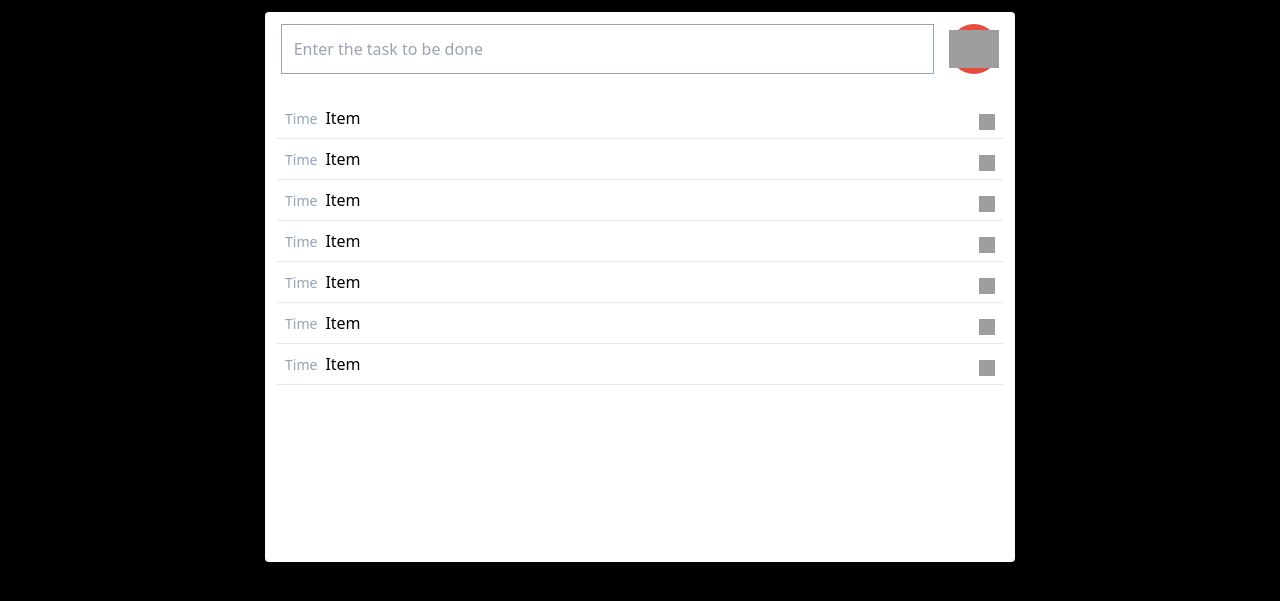
Repository: duttasayan835/todo-app-with-React-and-tailwind-CSS
Page: /
The author's editor kept a copy of each file at every save. The page is drawn from the files as they stood at one save, then again after the next save.
The browser window is 1280 px wide. The pictures show the whole page.
Pictures or frames that could not be fetched are drawn as grey boxes. The project was rebuilt for these pictures with package versions that can differ from the ones it lists, and the page was loaded fresh each time.

Above is the page before, as saved 2024-06-12 13:12:15.

### src/App.js
import Box from "./Components/Box";
import Input from "./Components/Input";

function App() {
  return (
    <div className="h-screen p-3 bg-black ">
      <div className="max-w-[750px] min-h-[550px] shadow-2xl bg-white mx-auto rounded">
        <Input />
        <Box />
      </div>
    </div>
  );
}
export default App;

### src/Components/Box.jsx
import React from "react";
import Item from "./Item";

export default function Box() {
  return (
    <div className="p-3">
      <Item />
      <Item />
      <Item />
      <Item />
      <Item />
      <Item />
      <Item />
    </div>
  );
}

### src/Components/Input.jsx
import React from "react";

export default function Input() {
  return (
    <div className="flex justify-around gap-2 p-3">
      <input
        placeholder="Enter the task to be done"
        className=" w-[90%] p-3 border border-slate-400 focus:outline-none"
        type="text"
        aria-label="INPUT-TASK"
      />
      <div className="cursor-pointer w-[50px] h-[50px] bg-[#e74c3c] text-white text-3xl rounded-[50%] flex justify-center items-center ">
        <img
          src="https://cdn4.iconfinder.com/data/icons/ios-optimized-1/30/add__create__new__addition__buttons__more__round-1024.png"
          alt="add"
        />
      </div>
    </div>
  );
}

### src/Components/Item.jsx
import React from "react";

export default function Item() {
  return (
    <div className="flex justify-between w-full p-2 border-b">
      <div className="">
        <span className="pr-2 text-[14px] text-slate-400">Time</span>
        <span>Item</span>
      </div>
      <div className="text-[#e74c3d] flex items bg-center pt-2">
        <img
          className="w-4 h-4 "
          src="https://icon-library.com/images/trash-icon-vector/trash-icon-vector-19.jpg"
          alt="trash"
        />
      </div>
    </div>
  );
}

Loaded but not shown: public/index.html (common file); src/index.js (common file); src/index.css (common file); src/reportWebVitals.js (common file); tailwind.config.js (common file)

After the next save:
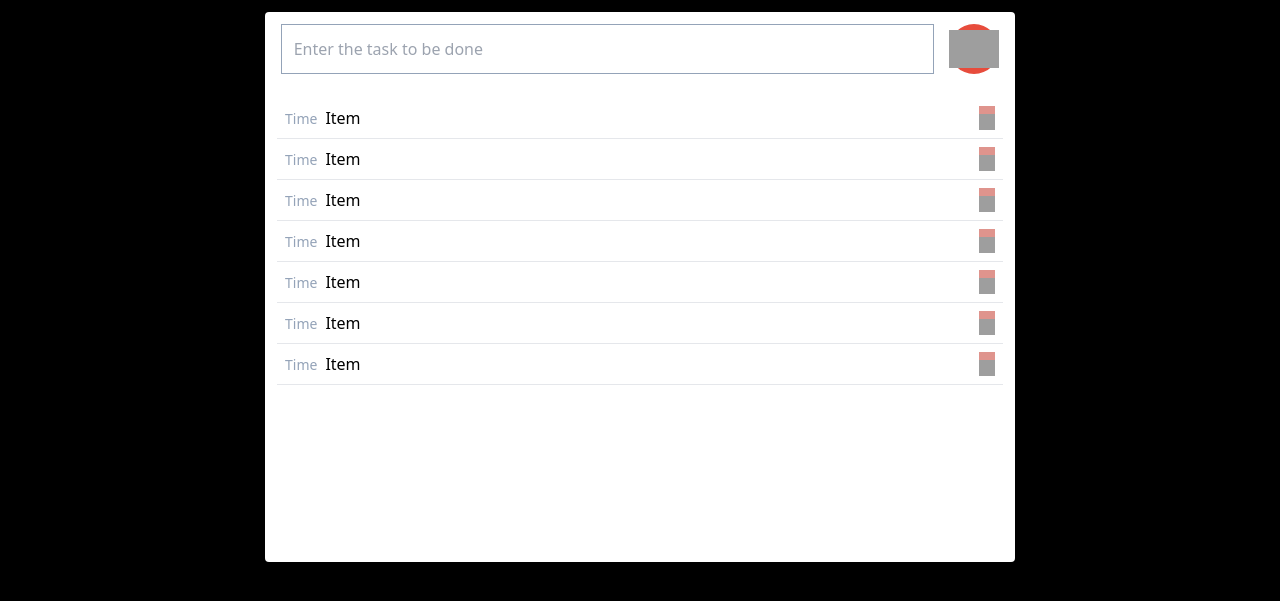
Saved 26 s later.
--- a/src/Components/Item.jsx
+++ b/src/Components/Item.jsx
@@ -7,7 +7,7 @@ export default function Item() {
         <span className="pr-2 text-[14px] text-slate-400">Time</span>
         <span>Item</span>
       </div>
-      <div className="text-[#e74c3d] flex items bg-center pt-2">
+      <div className="bg-[#df928bf9] flex items bg-center pt-2">
         <img
           className="w-4 h-4 "
           src="https://icon-library.com/images/trash-icon-vector/trash-icon-vector-19.jpg"
